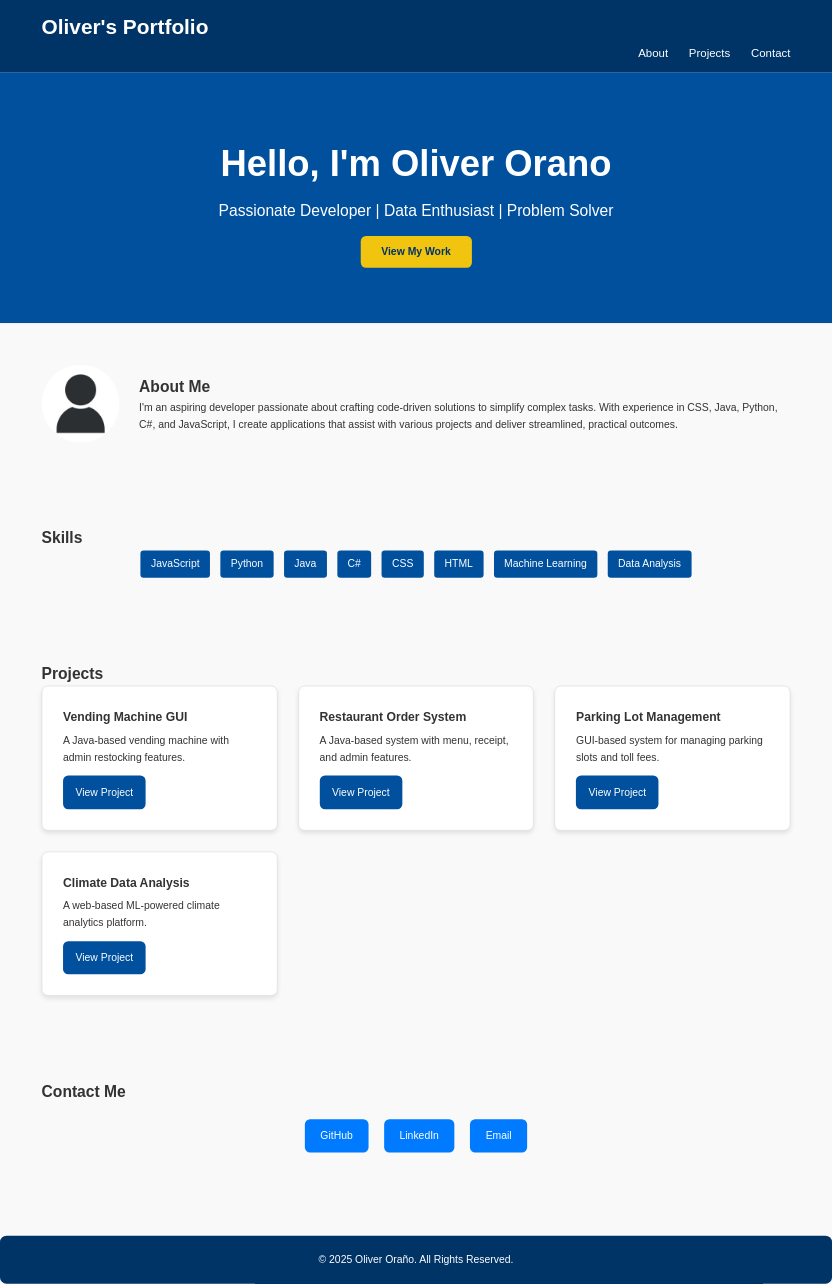
Repository: nightmar3fuel/portfolio.html
Page: my.html
The author's editor kept a copy of each file at every save. The page is drawn from the files as they stood at one save, then again after the next save.
The browser window is 1280 px wide. The pictures show the whole page, at 65% of full size.

Above is the page before, as saved 2025-02-06 14:53:51.

### my.html
<!DOCTYPE html>
<html lang="en">

<head>
    <meta charset="UTF-8">
    <meta name="viewport" content="width=device-width, initial-scale=1.0">
    <title>Oliver's Portfolio</title>
    <link rel="stylesheet" href="styles.css">
</head>

<body>
    <header>
        <nav class="navbar">
            <div class="container">
                <h1 class="logo">Oliver's Portfolio</h1>
                <ul class="nav-links">
                    <li><a href="#about">About</a></li>
                    <li><a href="#projects">Projects</a></li>
                    <li><a href="#contact">Contact</a></li>
                </ul>
            </div>
        </nav>
    </header>

    <main>
        <section id="hero">
            <div class="hero-container">
                <h2>Hello, I'm Oliver Orano</h2>
                <p>Passionate Developer | Data Enthusiast | Problem Solver</p>
                <a href="#projects" class="cta-button">View My Work</a>
            </div>
        </section>

        <section id="about">
            <div class="container about-container">
                <img src="human.jpg" alt="Profile Picture" class="profile-pic">
                <div>
                    <h2>About Me</h2>
                    <p>I'm an aspiring developer passionate about crafting code-driven solutions to simplify complex tasks. With experience in CSS, Java, Python, C#, and JavaScript, I create applications that assist with various projects and deliver streamlined,
                        practical outcomes.</p>
                </div>
            </div>
        </section>
        <section id="skills">
            <div class="container">
                <h2>Skills</h2>
                <ul class="skills-list">
                    <li>JavaScript</li>
                    <li>Python</li>
                    <li>Java</li>
                    <li>C#</li>
                    <li>CSS</li>
                    <li>HTML</li>
                    <li>Machine Learning</li>
                    <li>Data Analysis</li>
                </ul>
            </div>
        </section>

        <section id="projects">
            <div class="container">
                <h2>Projects</h2>
                <div class="project-grid">
                    <div class="project-card">
                        <h3>Vending Machine GUI</h3>
                        <p>A Java-based vending machine with admin restocking features.</p>
                        <a href="#" target="_blank" class="project-link">View Project</a>
                    </div>
                    <div class="project-card">
                        <h3>Restaurant Order System</h3>
                        <p>A Java-based system with menu, receipt, and admin features.</p>
                        <a href="#" target="_blank" class="project-link">View Project</a>
                    </div>
                    <div class="project-card">
                        <h3>Parking Lot Management</h3>
                        <p>GUI-based system for managing parking slots and toll fees.</p>
                        <a href="#" target="_blank" class="project-link">View Project</a>
                    </div>
                    <div class="project-card">
                        <h3>Climate Data Analysis</h3>
                        <p>A web-based ML-powered climate analytics platform.</p>
                        <a href="#" target="_blank" class="project-link">View Project</a>
                    </div>
                </div>
            </div>
        </section>

        <section id="contact">
            <div class="container">
                <h2>Contact Me</h2>
                <div class="contact-links">
                    <a href="https://github.com/nightmar3fuel" target="_blank">GitHub</a>
                    <a href="https://linkedin.com/in/yourlinkedin" target="_blank">LinkedIn</a>
                    <a href="mailto:oliverorano141@gmail.com">Email</a>
                </div>
            </div>
        </section>
    </main>

    <footer>
        <p>&copy; 2025 Oliver Oraño. All Rights Reserved.</p>
    </footer>

</body>

</html>

### styles.css
/* General Reset */

* {
    margin: 0;
    padding: 0;
    box-sizing: border-box;
}

body {
    font-family: 'Arial', sans-serif;
    background-color: #f9f9f9;
    color: #333;
    line-height: 1.6;
}


/* Navbar */

.navbar {
    background-color: #003366;
    color: white;
    padding: 1rem 0;
    position: sticky;
    top: 0;
    z-index: 1000;
}

.container {
    max-width: 1200px;
    margin: 0 auto;
    padding: 0 1.5rem;
}

.navbar .logo {
    font-size: 2rem;
    font-weight: bold;
}

.nav-links {
    list-style: none;
    display: flex;
    justify-content: flex-end;
}

.nav-links li {
    margin-left: 2rem;
}

.nav-links a {
    color: white;
    text-decoration: none;
    font-size: 1.1rem;
    transition: color 0.3s, transform 0.3s;
}

.nav-links a:hover {
    color: #f1c40f;
    transform: scale(1.05);
}


/* Hero Section */

#hero {
    background-color: #00509e;
    color: white;
    padding: 6rem 0;
    text-align: center;
}

.hero-container h2 {
    font-size: 3.5rem;
    margin-bottom: 0.5rem;
}

.hero-container p {
    font-size: 1.5rem;
    margin-bottom: 2rem;
}

.cta-button {
    background-color: #f1c40f;
    color: #003366;
    padding: 1rem 2rem;
    text-decoration: none;
    font-weight: bold;
    border-radius: 8px;
    transition: background-color 0.3s, transform 0.3s;
}

.cta-button:hover {
    background-color: #003366;
    color: white;
    transform: scale(1.05);
}


/* Section Styling */

section {
    padding: 4rem 0;
}


/* Project Section */

.project-grid {
    display: grid;
    grid-template-columns: repeat(auto-fit, minmax(300px, 1fr));
    gap: 2rem;
}

.project-card {
    background: white;
    padding: 2rem;
    border: 1px solid #ddd;
    border-radius: 10px;
    box-shadow: 0 4px 8px rgba(0, 0, 0, 0.1);
    transition: transform 0.3s, box-shadow 0.3s;
}

.project-card:hover {
    transform: translateY(-5px);
    box-shadow: 0 8px 16px rgba(0, 0, 0, 0.2);
}

.project-card h3 {
    margin-bottom: 0.5rem;
}

.project-card p {
    margin-bottom: 1rem;
}

.project-link {
    text-decoration: none;
    background-color: #00509e;
    color: white;
    padding: 0.8rem 1.2rem;
    border-radius: 8px;
    display: inline-block;
    transition: background-color 0.3s, transform 0.3s;
}

.project-link:hover {
    background-color: #003366;
    transform: scale(1.05);
}


/* Contact Section */

.contact-links {
    display: flex;
    justify-content: center;
    gap: 1.5rem;
    margin-top: 1.5rem;
}

.contact-links a {
    text-decoration: none;
    background-color: #007BFF;
    color: white;
    padding: 0.8rem 1.5rem;
    border-radius: 8px;
    transition: background-color 0.2s, transform 0.2s;
}

.contact-links a:hover {
    background-color: #0056b3;
    transform: scale(1.05);
}


/* Footer */

footer {
    background-color: #003366;
    color: white;
    text-align: center;
    padding: 1.5rem 0;
    margin-top: 4rem;
    border-radius: 10px;
}

.about-container {
    display: flex;
    align-items: center;
    gap: 30px;
}

.profile-pic {
    width: 120px;
    height: 120px;
    border-radius: 50%;
    object-fit: cover;
}

@media (max-width: 768px) {
    .about-container {
        flex-direction: column;
        text-align: center;
    }
    .profile-pic {
        width: 100px;
        height: 100px;
    }
}

.skills-list {
    list-style: none;
    display: flex;
    flex-wrap: wrap;
    gap: 1rem;
    justify-content: center;
}

.skills-list li {
    background-color: #00509e;
    color: white;
    padding: 0.5rem 1rem;
    border-radius: 5px;
    transition: background-color 0.3s;
}

.skills-list li:hover {
    background-color: #003366;
}

After the next save:
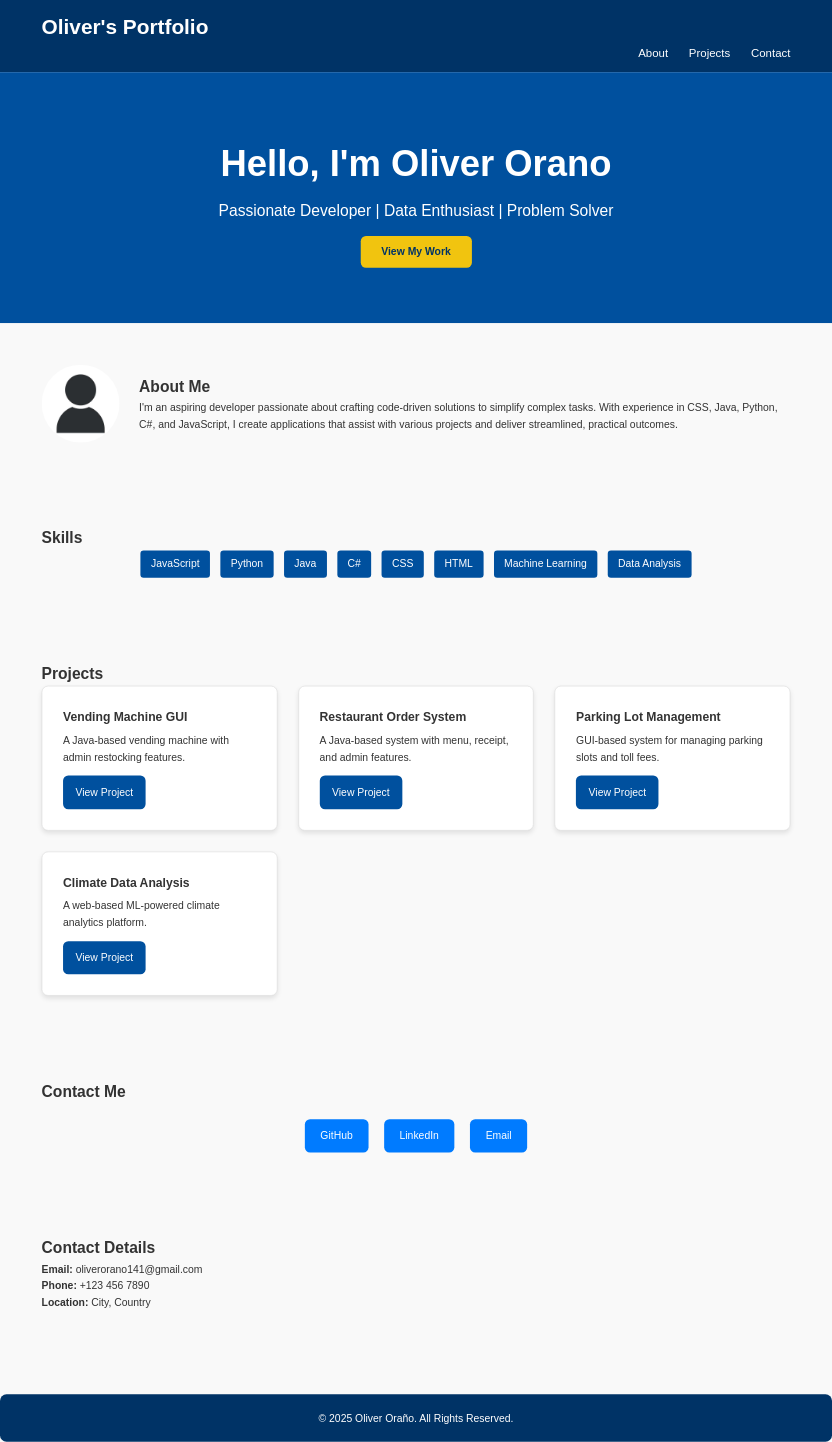
Saved 5 min 8 s later.
--- a/my.html
+++ b/my.html
@@ -95,6 +95,16 @@
                 </div>
             </div>
         </section>
+        <section id="contact-details">
+            <div class="container contact-details-container">
+                <h2>Contact Details</h2>
+                <div class="contact-box">
+                    <p><strong>Email:</strong> oliverorano141@gmail.com</p>
+                    <p><strong>Phone:</strong> +123 456 7890</p>
+                    <p><strong>Location:</strong> City, Country</p>
+                </div>
+            </div>
+        </section>
     </main>
 
     <footer>
